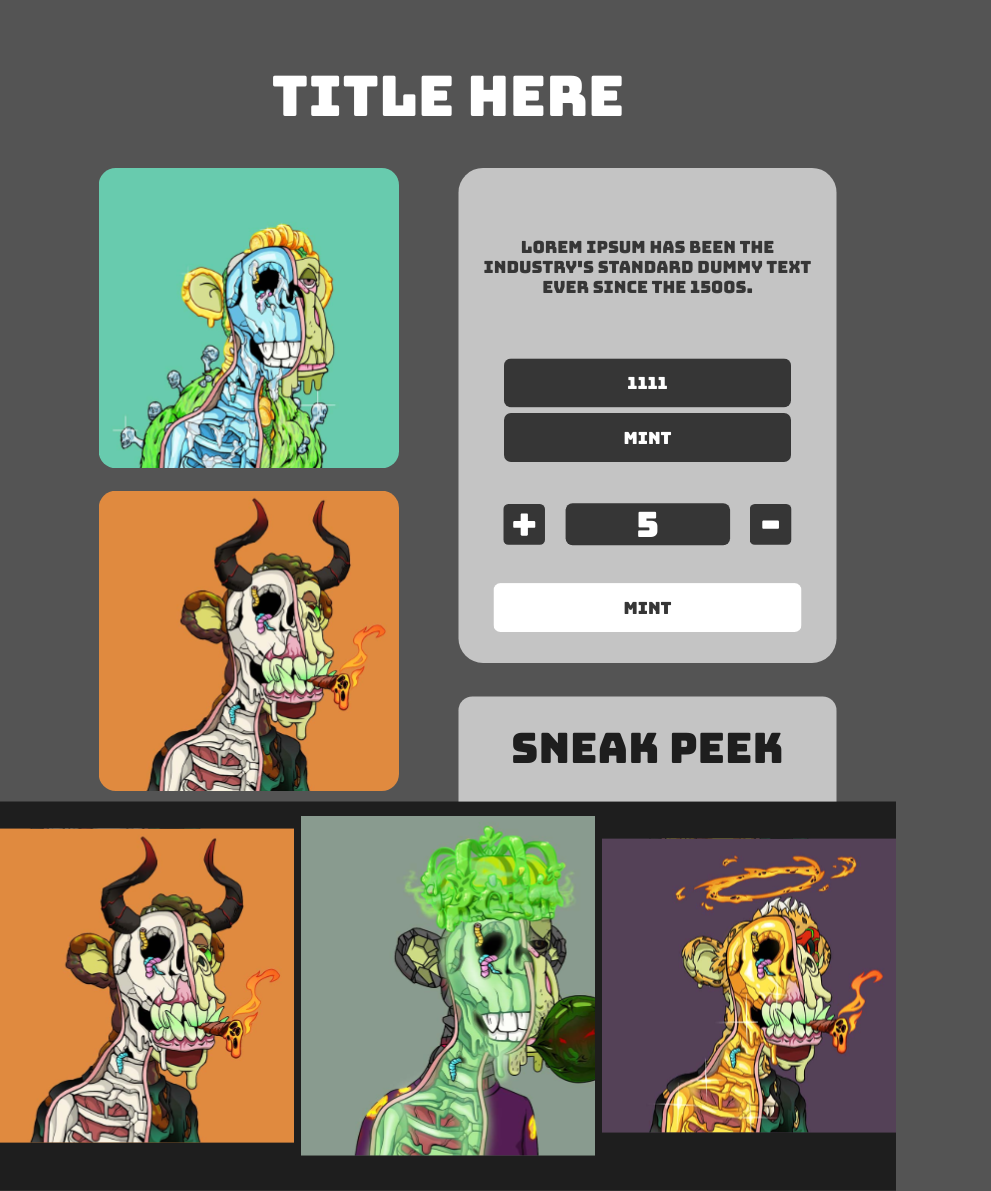
Repository: danishmahmoodawan/Sneak_peak
Page: /
These files come from the project's save history. The page is drawn as it stood at one moment and after the next save; the edit follows.
The browser window is 1280 px wide. The page is 1280 px wide, then 1416 px, so the pictures cover 1416 px, including what lies to the right of the window. The pictures show the whole page, at 70% of full size.
The project was rebuilt for these pictures with package versions that can differ from the ones it lists, and the page was loaded fresh each time.

Above is the page before, as saved 2022-02-04 15:44:40.

### public/index.html
<!DOCTYPE html>
<html lang="en">
  <head>
    <meta charset="utf-8" />
    <meta name="viewport" content="width=device-width, initial-scale=1" />
    <link rel="stylesheet" href="https://cdnjs.cloudflare.com/ajax/libs/twitter-bootstrap/4.6.0/css/bootstrap.min.css">
	<link rel="stylesheet" href="https://cdnjs.cloudflare.com/ajax/libs/font-awesome/5.15.4/css/all.min.css">
	<link rel="stylesheet" href="assets/css/style.css">
	<title>Invisapes</title>
  </head>
  <body>
    <noscript>You need to enable JavaScript to run this app.</noscript>
    <div id="root"></div>
	<script src="https://cdnjs.cloudflare.com/ajax/libs/jquery/3.5.1/jquery.slim.min.js"></script>
	<script src="https://cdnjs.cloudflare.com/ajax/libs/popper.js/1.16.1/umd/popper.min.js"></script>
	<script src="https://cdnjs.cloudflare.com/ajax/libs/twitter-bootstrap/4.6.0/js/bootstrap.min.js"></script>
  </body>
</html>

### src/App.js
import Home from "./pages/Home";

function App() {
  return (
    <div>
      <Home />
    </div>
  );
}

export default App;

### src/pages/Home.js

import { useState, useEffect } from 'react';
function Home() {

  return (
   <>
	<section class="first_section">
	<div class="container">
		<div class="row mt-5 mb-5">
			<div class="col-12 text-center">
					<h1>TITLE HERE</h1>
				</div>
				</div>
				</div>
					<div class="container">
						<div class="row text-center">
								<div class="col-md-6 col-sm-6 adj_col ">
									<img class="mb-3" src="assets/images/image1.svg" alt="" />
									<img class="mt-3" src="assets/images/image2.svg" alt="" />
								</div>
								<div class="col-md-6 col-sm-6">
								<div class="main_row row_bg count_call">
									<div class="row text-center mt-5 mb-5">
										<h2>Lorem Ipsum has been the industry's standard dummy text ever since the 1500s. </h2>
									</div>
									<div class="row mb_row text-center">
										<div class="col-12 mb-3">
											<button type="button" class="btn btn_font mb-2 d-block ">1111</button>
											<button type="button" class="btn btn_font mb-2 d-block">MINT</button>
										</div>
										</div>
										<div class="row">
													<div class="col-3 cent_icon"> <a href="#"><img src="assets/images/plus.svg" alt="" /></a></div>
										<div class="col-6 p-0"><h1 class="counted">5</h1></div>
										<div class="col-3 cent_icon"><a href="#"><img src="assets/images/minus.svg" alt="" /></a></div>
										</div>

										<div class="row">
									<div class="col-12 mt-5 mb-3 mint_cw">
										<button type="button" class="btn bg-btnn btn_font mb-2 d-block">MINT</button>
									</div>
									</div>

								</div>
								<div class="row set_row  count_head">
									<div class="col-12 text-center">
											<button type="button" class="btn bg-none counted mb-2">SNEAK PEEK</button>
									</div>
								</div>
							</div>
				</div>
				</div>
				</section>

	<section class="second_section">
					<div class="container-fluid">
							<div class="col_img ">
								<img src="assets/images/image_bg_1.svg" alt="featured image" />
								<img class="ml-2 mr-2" src="assets/images/image_bg_2.svg" alt="featured image" />
								<img src="assets/images/image_bg_3.svg" alt=" featured image" />
							</div>
						</div>
							</section>


   	</>
  );
}

export default Home;

### public/assets/css/style.css
@font-face {
    font-family: 'RubikMonoOne';
    src: url('../fonts/RubikMonoOne-Regular.ttf');
}
@font-face {
    font-family: 'Bungee';
    src: url('../fonts/Bungee-Regular.ttf');
}
body{
    background: #545454;
}
h1{
    font-family: 'Bungee';
    font-size: 80px;
    color: #fff
}
.count_call h2{
font-size: 24px;
font-family: 'Bungee';
color: #363636;
margin-bottom: 40px;
}
.count_call{
    padding: 50px 50px 20px 50px;
    }
    .count_head{
        border-radius: 20px 20px 0px 0px;
    }
    .bg-none{
background: transparent !important;
color: #1e1e1e !important;
font-size: 60px !important;
}

.first_section{
    padding-top: 40px;
}
.adj_col img{
    width: 100%;
    max-width: 429px;
    margin-bottom: 0px;
}
.cent_icon{
    align-items: center;
}
.second_section, .third_section, .footer_sec{
background: #1e1e1e;
}
.second_section .container-fluid {
    padding: 0;
}
.btn_contract{
    width: 50% !important;
    margin: 0 auto;
}
.col_img{
    display: flex;
    justify-content: space-between;
}

.btn_font{
    font-family: Bungee;
    font-size: 36px;
    line-height: 28px;
    background: #363636;
    width: 100%;
    color: #fff;
    padding: 20px;
    border-radius: 10px;
    font-size: 24px;
}
.row_bg{
    background: #C4C4C4;
    border-radius: 35px;
}
.set_row{
    background: #C4C4C4;
    padding: 3%;
    margin: 9% 0 0 0;
}
.mb_row{
margin: 30px 0;
}
.set_row img{
    width: 75px;
}
.counted_icon{
    font-family: 'Bungee';
    font-size: 60px;
    color: #fff;
    background: #363636;
    border-radius: 10px;
    padding:  0px 20px;
}
.counted{
    font-family: 'Bungee';
    font-size: 50px;
    color: #fff;
    background: #363636;
border-radius: 10px;
margin-top: 5px;
margin-bottom: 0px;
}
.bg-btnn{
background: white;
color: #363636;
}
.second_section{
    padding: 20px 0 50px 0;
}
.card-header{
background: white !important;
}
.btn-link{
    color: #1e1e1e !important;
    font-family: 'Bungee' !important;
    font-size: 36px !important;
    line-height: 43px !important;
}
.card-body{
background: #1e1e1e !important;
color: white;
font-size: 36px !important;
font-family: 'Bungee' !important;
}
.card{
    background: transparent !important;
    margin:10px;
}
.card-header, .card-body{
    border-radius: 20px !important;
}

.second_section h2{
    font-family: Bungee;
    font-size: 60px;
    line-height: 72px;
    text-align: center;
    color: #FFFFFF;
}
.left_col, .right_col{
    background: #C4C4C4;
}
.left_col{
    margin-right: 15px;
}
.right_col{
    margin-left: 15px;
}
.faq_rec{
    background: #ABABAB;
    margin-left: -30px;
}
.imgs_col{
    text-align: center;
    z-index: 9;
}
.imgs_col img{
    max-width: 260px;
    padding: 8px;
}

.box_image{
    position: relative;
    display: inline-block; /* Make the width of box same as image */
}
.text_set{
    font-family: Bungee;
    font-size: 36px;
    background: #FFFFFF;
color: #1e1e1e;
width: 100%;
margin: 0px;
border-radius: 10px;
padding: 10px 15px;
}
.text_captioned{
    background: #545454;
    border-radius: 20px;
    width: 90%;
    margin: 0 auto;
}
.text_set_cap{
    font-family: Bungee;
    font-size: 24px;
border-radius: 20px;
padding: 10px 20px;
margin: 15px 0;
color: white;
}
.uncomon{
color: #9D9F1D !important
}
.rare{
color: #FF891D !important;
}
.uniq{
color: #2F6CB5
}
.epic{
color: #CB2DCE
}
.legnd{
    color: #FF0000
    }

.box_image .text_image{
    position: absolute;
    z-index: 999;
    margin: 0 auto;
    left: 0;
    right: 0;
    border-radius: 10px;
    text-align: center;
    top: 70%; /* Adjust this value to move the positioned div up and down */
    background: rgba(0, 0, 0, 0.8);
    font-family: Arial,sans-serif;
    color: #fff;
    width: 80%; /* Set the width of the positioned div */
}
.faq_heading{
    color: #1E1E1E;
    font-family: Bungee;
    font-size: 60px;
    padding: 20px 0;
    background: #C4C4C4;
border-radius: 20px;
}
.cent_icon img{
    width: 60px;
    }
@media screen and (max-width: 1220px) and (min-width: 992px) {
    .col_img img, .box_image img{
        width: 300px !important;
    }

}

@media screen and (max-width: 1200px) and (min-width: 993px) {
.counted{
    font-size: 28px;
}
.count_call{
padding-top: 6%;
}

.set_row img{
    width: 35px;
}
.set_row{
    margin: 2% 1%;
}
h1{
    font-size: 46px;
}
}
@media screen and (max-width: 1499px) and (min-width: 1200px) {

.set_row img{
    width: 35px;
}
.set_row{
    margin: 9% 0 0 0;}

h1{
    font-size: 80px;
}

.image_oc img{
    width: 70px;
    margin: 10px 30px;
}
.image_oc{
    margin: 20px 0;

}
.col_img img{
    width: 420px;
}
.text_captioned {
margin: 0 auto;
width: 67%;
}
}

@media only screen and (max-width: 1024px) and (min-width: 768px) {

    .imgs_col img {
        max-width: 180px !important;
    }
  .cent_icon img{
      width: 45px;
  }
  .counted{
      font-size: 39px;
  }
  .mb_row {
    margin-bottom: 0px;
    }

    .text_set {
font-size: 24px;
    }
    .btn-link, .card-body{
        font-size: 20px !important;
    }
    .text_captioned {
        margin: 0 auto;
    }
    .col_img img{
        width: 240px;
            }
            .box_image img{
                width: 220px;
                    }
            .count_call{
                padding: 5px 30px;
            }
            .count_call h2{
                margin-bottom: 10px;
            }
            .mint_cw{
margin-top: 15px !important;
            }
            .bg-none{
                font-size: 35px !important;
                padding: 0;
            }
}
  @media only screen and (max-width: 767px) {
   .first_section{
       padding-top: 0px;
   }
    .col_img img{
        width: 300px;
        margin: 10px 10px;
    }
    .count_call h2{
        margin-bottom: 0px;
    }
    .count_call{
padding: 25px 28px 14px 28px;
    }
    .adj_col img {
    margin-bottom: 20px;
    }
 .col_img{
     display: block;
     text-align: center
 }
    .counted {
        font-size: 36px;
    }
    .btn_font{
        font-size: 26px;
    }
    .set_row img{
        width: 40px;
    }
    .cent_icon img{
width: 45px;
    }
    .mint_cw{
margin-top: 20px !important;
    }
    h1{
        font-size: 30px;
    }
    .col_sm{
        display: none;
    }
    .third_bg_after{
        width: 400px;
    }
    .bg-none{
font-size: 36px !important;
    }
    .text_captioned {
        margin: 0 auto;
    }
    .faq_heading, .faq_sec .rarity {
        font-size: 45px !important;
    }
    .btn-link{
        font-size: 20px !important;
    line-height: 20px !important;
}
.btn_contract{
   width: 100% !important;
}
.image_oc img {
    width: 55px;
margin: 0;
}
.footer_sec .rarity{
    padding-top: 30px;
}
    .set_row {
        padding: 0px;
    }
    .card-body{
        font-size: 18px !important;
    }
}

Loaded but not shown: src/index.js (common file); src/index.css (common file); src/reportWebVitals.js (common file)

After the next save:
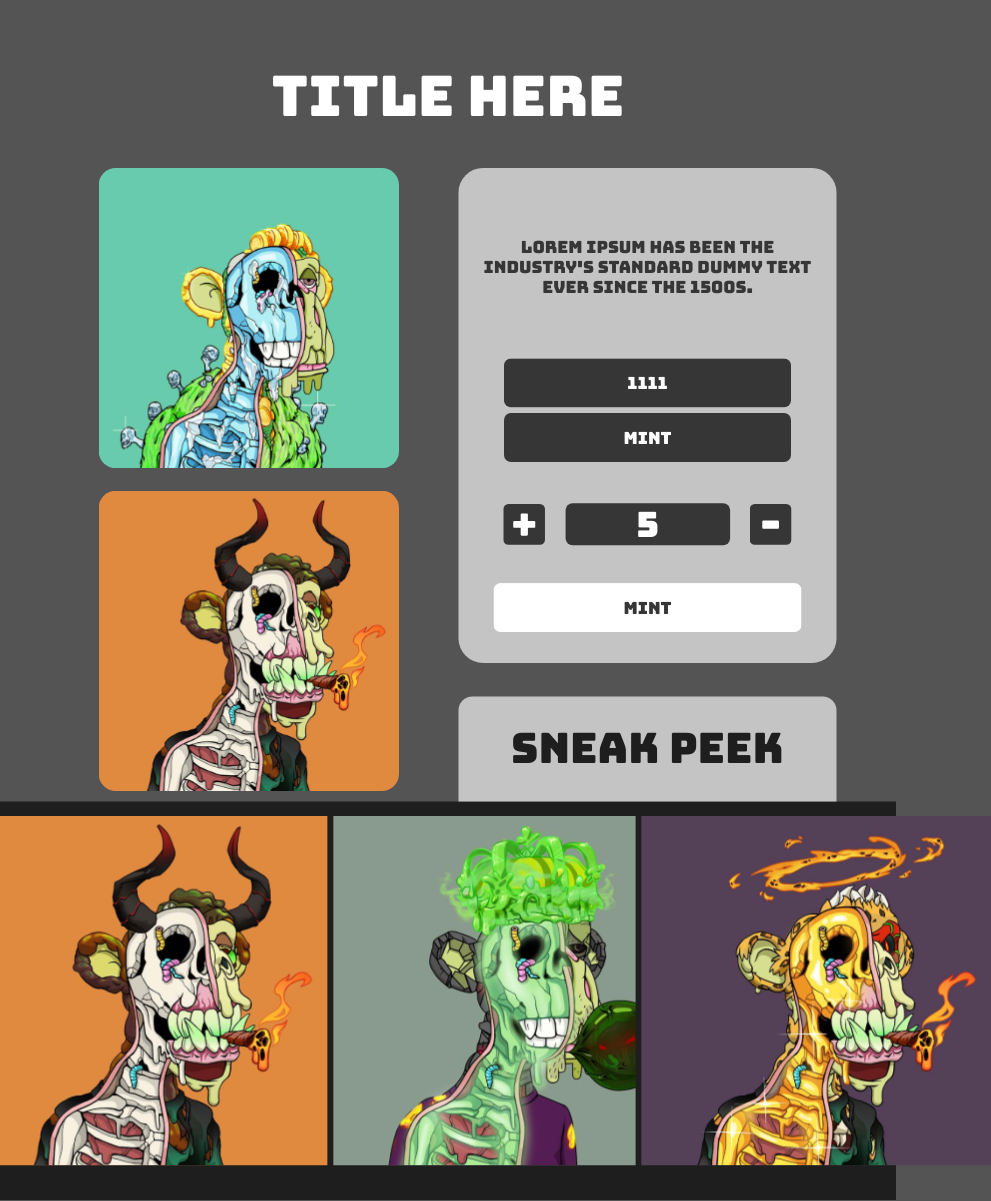
Saved 102 s later.
--- a/public/assets/css/style.css
+++ b/public/assets/css/style.css
@@ -274,9 +274,9 @@
     margin: 20px 0;
 
 }
-.col_img img{
+/* .col_img img{
     width: 420px;
-}
+} */
 .text_captioned {
 margin: 0 auto;
 width: 67%;
